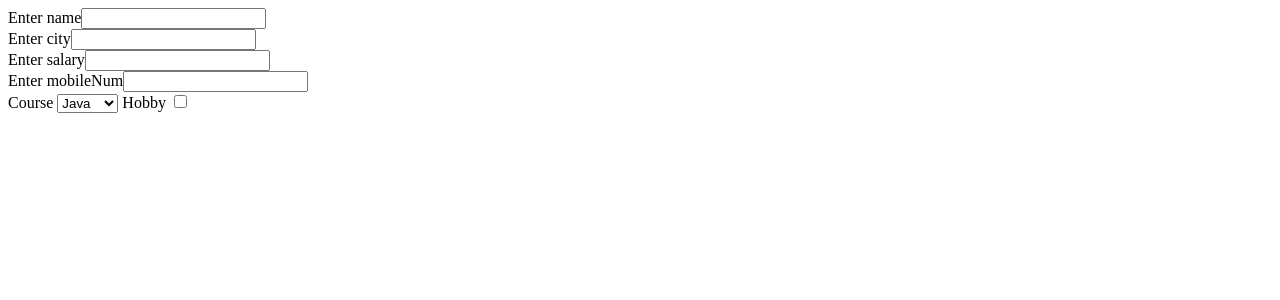
Repository: Kavya-C1/javafulltraning
Page: http://localhost/BasicJspDemo/
These files come from the project's save history. The page is drawn as it stood at one moment and after the next save; the edit follows.
The browser window is 1280 px wide. The pictures show the whole page.
The page is served by Tomcat 9.

Above is the page before, as saved 2024-03-13 07:03:31.

### Javademos/BasicJspDemo/src/main/webapp/index.jsp
<%@ page language="java" contentType="text/html; charset=ISO-8859-1"
    pageEncoding="ISO-8859-1"%>
<!DOCTYPE html>
<html>
<head>
<meta charset="ISO-8859-1">
<title>Insert title here</title>
</head>
<body>
<form action="register" method="post">
Enter name<input type="text" name="employeename"><br>
Enter city<input type="text" name="city"><br>
Enter salary<input type="number" name="salary"><br>
Enter mobileNum<input type="number" name="mobile"><br>

Course <select name="course">
<option value="Java">Java</option>
<option value="Spring">Spring</option>
<option value="Html">Html</option>
</select>

Hobby
<input type="checkbox"

<input type="submit" value="submit">
</form>
</body>
</html>

After the next save:
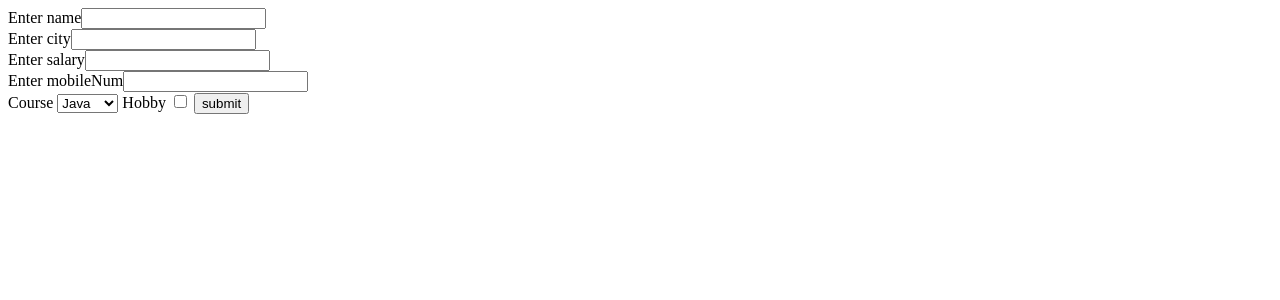
Saved 4 s later.
--- a/Javademos/BasicJspDemo/src/main/webapp/index.jsp
+++ b/Javademos/BasicJspDemo/src/main/webapp/index.jsp
@@ -20,7 +20,7 @@ Course <select name="course">
 </select>
 
 Hobby
-<input type="checkbox"
+<input type="checkbox">
 
 <input type="submit" value="submit">
 </form>
